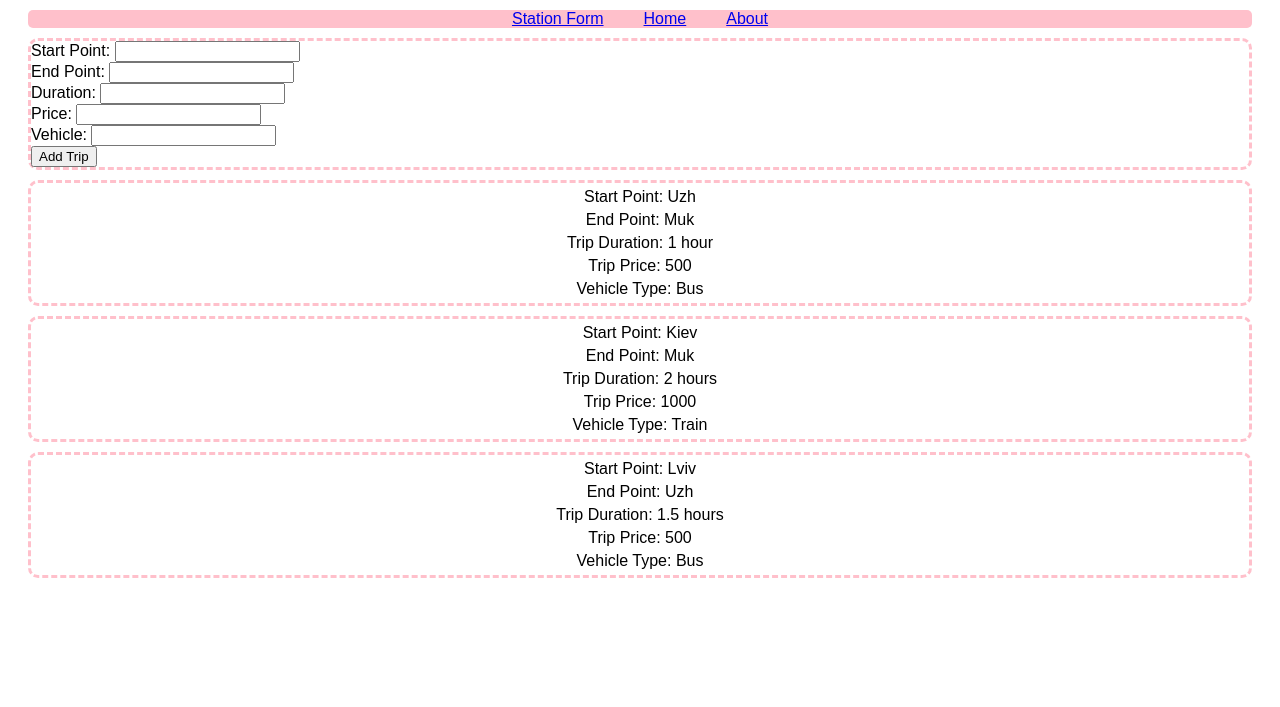
Repository: rutsguifd/mkr2
Page: /#/station-form
These files come from the project's save history. The page is drawn as it stood at one moment and after the next save; the edit follows.
The browser window is 1280 px wide. The pictures show the whole page.
The project was rebuilt for these pictures with package versions that can differ from the ones it lists, and the page was loaded fresh each time. Also part of the build but not shown: src/views/Home.vue, src/views/About.vue.

Above is the page before, as saved 2021-12-21 20:34:47.

After the next save:
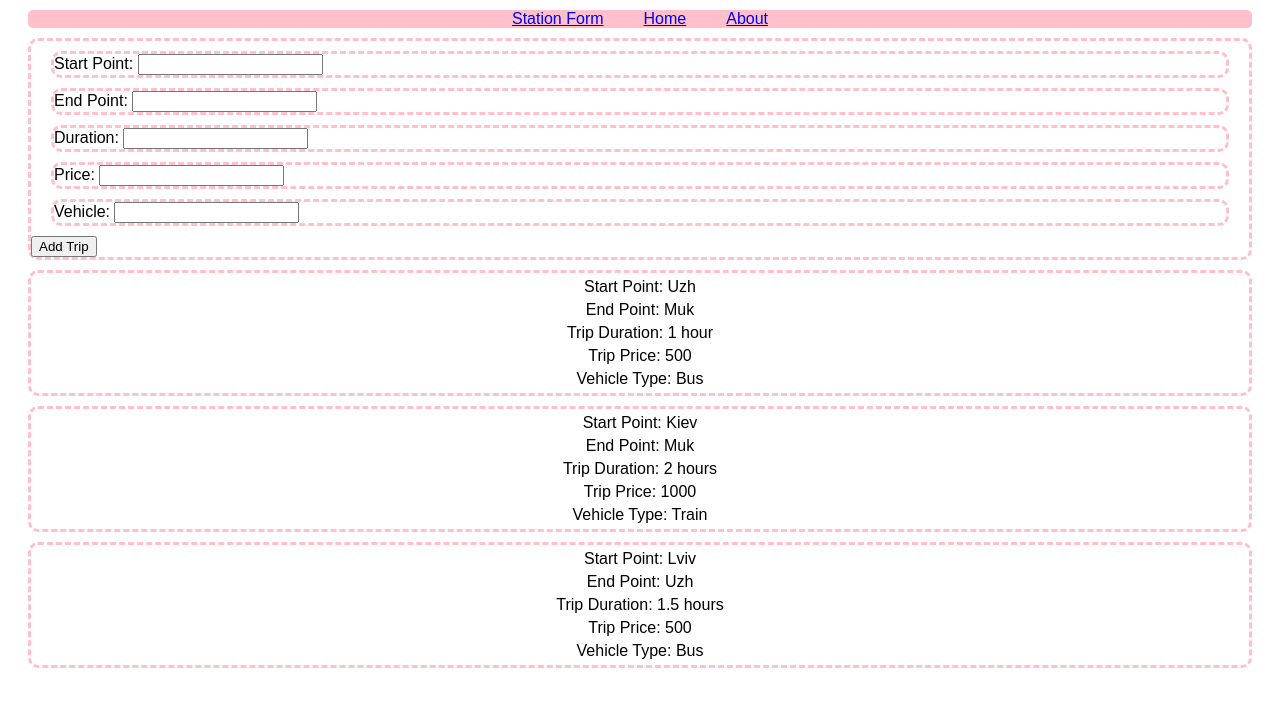
Saved 8 s later.
--- a/src/components/AddTrip.vue
+++ b/src/components/AddTrip.vue
@@ -73,6 +73,9 @@ export default {
     border-radius: 10px;
     margin: 10px 20px;
   div {
+      border: 3px dashed pink;
+    border-radius: 10px;
+    margin: 10px 20px;
     label {
       margin: 10px 0px;
     }
